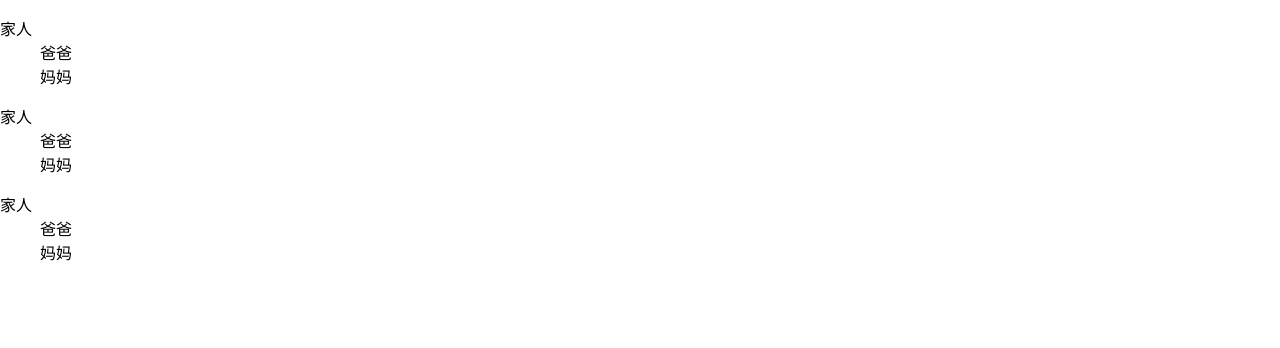
Repository: Jasonlee6789/ReactList-demo
Page: /
These files come from the project's save history. The page is drawn as it stood at one moment and after a run of saves; the edit follows.
The browser window is 1280 px wide. The pictures show the whole page.
The project was rebuilt for these pictures with package versions that can differ from the ones it lists, and the page was loaded fresh each time.

Above is the page before, as saved 2020-09-02 19:06:47.

After the next 2 saves:
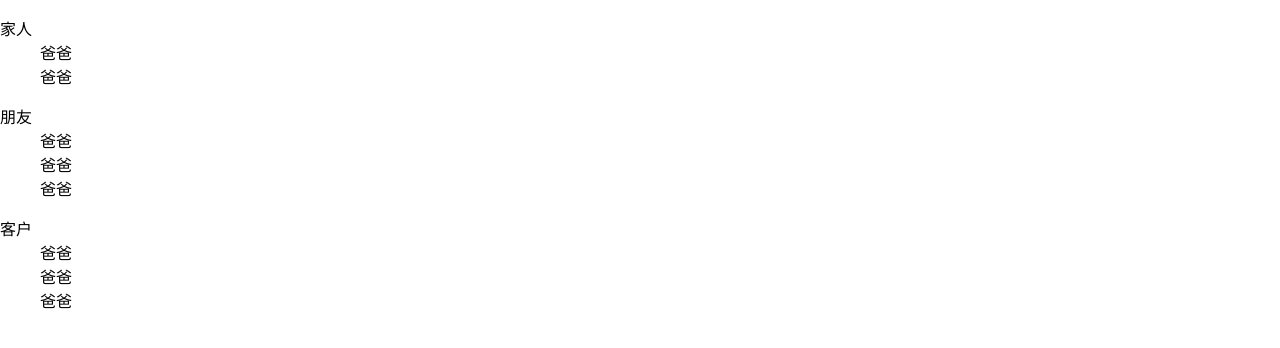
The 2 saves are shown as one change because 1 did not build or start.
The last was saved 2 min 58 s later.
--- a/src/list.js
+++ b/src/list.js
@@ -8,9 +8,10 @@
     return (
       <div className="friend-list">
         <dl className="friend-group expanded">
-          <dt>家人</dt>
-          <dd>爸爸</dd>
-          <dd>妈妈</dd>
+          <dt>{name}</dt>
+          {children.map((item, index) => {
+            return <dd>爸爸</dd>;
+          })}
         </dl>
       </div>
     );
